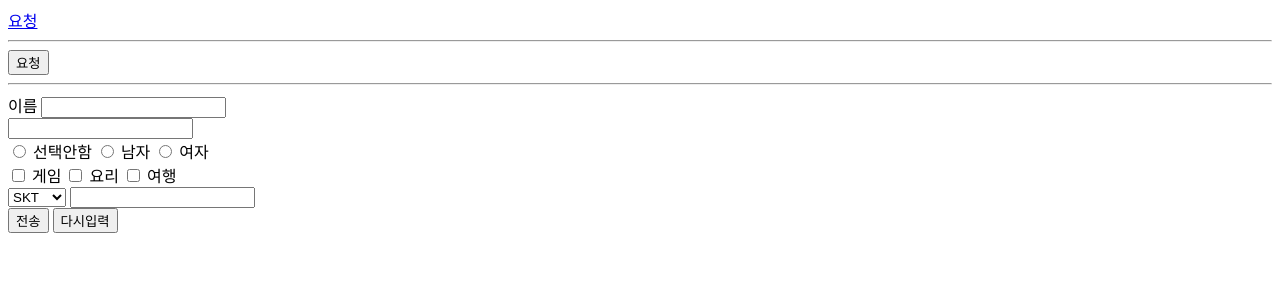
Repository: shyeom94/jspstudy
Page: 01_servlet/src/main/webapp/pkg02_request/NewFile.html
An editor plug-in stored every save of this project. The page is shown before and after the next save, followed by the edit.
The browser window is 1280 px wide. The pictures show the whole page.

Above is the page before, as saved 2024-02-28 01:49:48.

### 01_servlet/src/main/webapp/pkg02_request/NewFile.html
<!DOCTYPE html>
<html>
<head>
<meta charset="UTF-8">
<title>Insert title here</title>
<!-- CDN을 이용하기 -->
<script src="https://code.jquery.com/jquery-3.7.1.min.js" integrity="sha256-/JqT3SQfawRcv/BIHPThkBvs0OEvtFFmqPF/lYI/Cxo=" crossorigin="anonymous"></script>
</head>
<body>

  <!-- <a> 태그 요청 -->
  <div>
    <!--<a href="/servlet/request?number=10&number2=1.5">요청</a>-->
    <a id="link" data-number="50" data-number2="5.5">요청</a>
  </div>

  <script>
        var link = document.getElementById('link');
        link.href = '/servlet/request?number=' + link.dataset.number + '&number2=' + link.dataset.number2;
// 프로젝트경로(contextpath)/서블릿경로(urlmapping)?서버쪽으로보내는내용
		// null 값 전달 테스트
  </script>

  <hr>

  <!-- JavaScript : location 객체 요청 -->
  <div data-number="30">
    <button type="button" id="btn" data-number2="3.5">요청</button>
  </div>

  <script>
  // jQuery 이용하기
  let $btn = $('#btn');
  $btn.on('click', (evt)=>{
	  let number = $btn.parent().data('number');
	  let number2 = $btn.data('number2');
	  location.href = `/servlet/request?number=${number}&number2=${number2}`;
  })
  </script>

  <hr>

  <!-- <form> 태그 요청 -->
  <form id="frm" method="POST" action="/servlet/request">
    <div class="inp-wrap">
      <label for="name">이름</label>
      <input type="text" name="name" id="name">
    </div>
    <div class="inp-wrap">
      <label for="email"></label>
      <input type="text" name="email" id="email">
    </div>
    <div class="inp-wrap">
      <input type="radio" name="gender" id="none">
      <label for="none">선택안함</label>
      <input type="radio" name="gender" id="man">
      <label for="none">남자</label>
      <input type="radio" name="gender" id="woman">
      <label for="none">여자</label>
    </div>
    <div class="inp-wrap">
      <input type="checkbox" name="hobbies" id="game">
      <label for="game">게임</label>
      <input type="checkbox" name="hobbies" id="cook">
      <label for="cook">요리</label>
      <input type="checkbox" name="hobbies" id="travel">
      <label for="travel">여행</label>
    </div>
    <div class="inp-wrap">
      <select name="mobile">
      <option>SKT</option>
      <option>KT</option>
      <option>LGU+</option>
      </select>
      <input type="text" name="mobile">
     </div>
     <div class="btn-wrap">
      <button type="submit">전송</button>
      <button type="reset">다시입력</button>
     </div>
  </form>

</body>
</html>

After the next save:
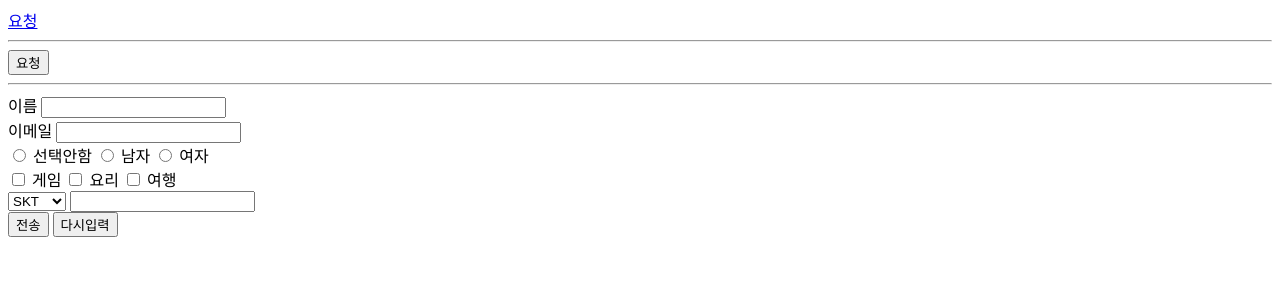
Saved 48 s later.
--- a/01_servlet/src/main/webapp/pkg02_request/NewFile.html
+++ b/01_servlet/src/main/webapp/pkg02_request/NewFile.html
@@ -47,7 +47,7 @@
       <input type="text" name="name" id="name">
     </div>
     <div class="inp-wrap">
-      <label for="email"></label>
+      <label for="email">이메일</label>
       <input type="text" name="email" id="email">
     </div>
     <div class="inp-wrap">
